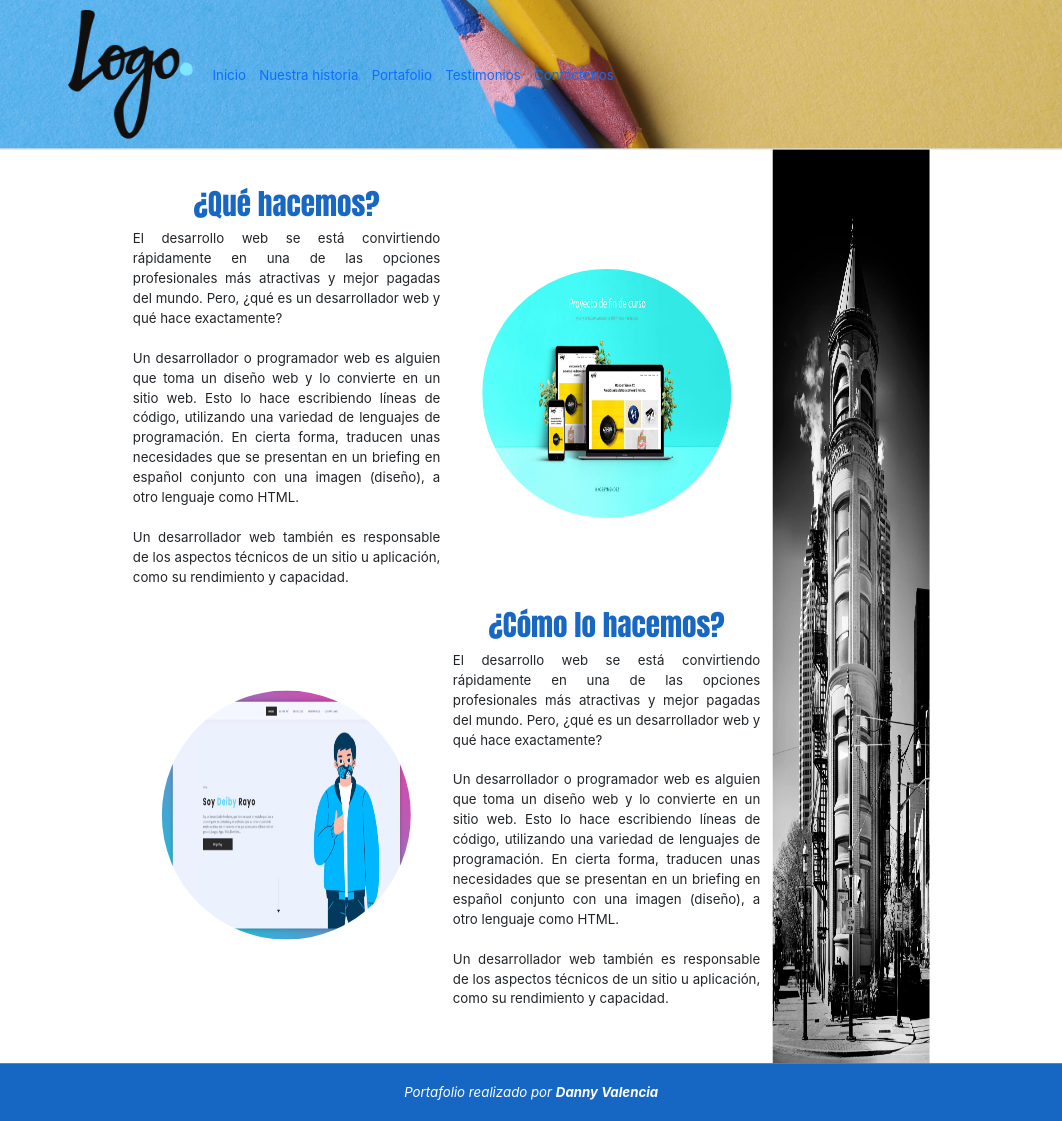
Repository: Dannyval1/Html-portafolio
Page: index.html
The author's editor kept a copy of each file at every save. The page is drawn from the files as they stood at one save, then again after the next save.
The browser window is 1280 px wide. The pictures show the whole page, at 83% of full size.

Above is the page before, as saved 2022-02-13 18:40:57.

### index.html
<!DOCTYPE html>
<html lang="es">
  <head>
    <meta charset="UTF-8" />
    <meta http-equiv="X-UA-Compatible" content="IE=edge" />
    <meta name="viewport" content="width=device-width, initial-scale=1.0" />
    <title>Portafolio Danny Valencia</title>
    <link rel="stylesheet" type="text/css" href="./assets/css/styles.css" />
    <link
      href="https://cdn.jsdelivr.net/npm/bootstrap@5.1.3/dist/css/bootstrap.min.css"
      rel="stylesheet"
      integrity="sha384-1BmE4kWBq78iYhFldvKuhfTAU6auU8tT94WrHftjDbrCEXSU1oBoqyl2QvZ6jIW3"
      crossorigin="anonymous"
    />
    <script
      src="https://cdn.jsdelivr.net/npm/bootstrap@5.1.3/dist/js/bootstrap.bundle.min.js"
      integrity="sha384-ka7Sk0Gln4gmtz2MlQnikT1wXgYsOg+OMhuP+IlRH9sENBO0LRn5q+8nbTov4+1p"
      crossorigin="anonymous"
    ></script>
  </head>
  <body>
    <nav class="navbar navbar-expand-lg" id="header-two">
      <div class="container">
        <a class="navbar-brand" href="#">
          <img
            src="./assets/images/logo-danny.png"
            class="app-logo"
            alt="Logo"
            width="150"
          />
        </a>
        <button class="navbar-toggler" type="button" data-bs-toggle="collapse" data-bs-target="#navbarSupportedContent" aria-controls="navbarSupportedContent" aria-expanded="false" aria-label="Toggle navigation">
          <span class="navbar-toggler-icon"></span>
        </button>
        <div class="collapse navbar-collapse" id="navbarSupportedContent">
          <ul class="navbar-nav mb-2 mb-lg-0 d-flex justify-content-end main-menu">
            <li class="nav-item">
              <a class="nav-link active" aria-current="page" href="index.html">Inicio</a>
            </li>
            <li class="nav-item">
              <a class="nav-link" href="historia.html">Nuestra historia</a>
            </li>
            <li class="nav-item">
              <a class="nav-link" href="portafolio.html">Portafolio</a>
            </li>
            <li class="nav-item">
              <a class="nav-link" href="testimonios.html">Testimonios</a>
            </li>
            <li class="nav-item">
              <a class="nav-link" href="contactenos.html">Contáctenos</a>
            </li>
          </ul>
        </div>
      </div>
    </nav>
    <div class="center full-content">
      <section id="contenido">
        <div class="first-content">
          <h2 class="text-center main-title">¿Qué hacemos?</h2>
          <p class="text-justify">
            El desarrollo web se está convirtiendo rápidamente en una de las
            opciones profesionales más atractivas y mejor pagadas del mundo.
            Pero, ¿qué es un desarrollador web y qué hace exactamente?<br />
            <br />
            Un desarrollador o programador web es alguien que toma un diseño web
            y lo convierte en un sitio web. Esto lo hace escribiendo líneas de
            código, utilizando una variedad de lenguajes de programación. En
            cierta forma, traducen unas necesidades que se presentan en un
            briefing en español conjunto con una imagen (diseño), a otro
            lenguaje como HTML. <br />
            <br />
            Un desarrollador web también es responsable de los aspectos técnicos
            de un sitio u aplicación, como su rendimiento y capacidad.
          </p>
        </div>
        <div class="second-content">
          <img
            src="./assets/images/proyecto1.jpeg"
            class="img-proyects"
            alt="proyectos"
          />
        </div>
        <div class="first-content">
          <img
            src="./assets/images/proyecto2.jpeg"
            class="img-proyects"
            alt="proyectos"
          />
        </div>
        <div class="second-content">
          <h2 class="text-center main-title">¿Cómo lo hacemos?</h2>
          <p class="text-justify">
            El desarrollo web se está convirtiendo rápidamente en una de las
            opciones profesionales más atractivas y mejor pagadas del mundo.
            Pero, ¿qué es un desarrollador web y qué hace exactamente?<br />
            <br />
            Un desarrollador o programador web es alguien que toma un diseño web
            y lo convierte en un sitio web. Esto lo hace escribiendo líneas de
            código, utilizando una variedad de lenguajes de programación. En
            cierta forma, traducen unas necesidades que se presentan en un
            briefing en español conjunto con una imagen (diseño), a otro
            lenguaje como HTML. <br />
            <br />
            Un desarrollador web también es responsable de los aspectos técnicos
            de un sitio u aplicación, como su rendimiento y capacidad.
          </p>
        </div>
      </section>
      <section id="publicidad">
        <img
          src="./assets/images/publicidad.jpeg"
          alt="Publicidad"
          width="100%"
          height="100%"
        />
      </section>
    </div>
    <footer id="footer">
      <div class="center">
        <p class="text-center">
          <i>Portafolio realizado por <strong>Danny Valencia</strong></i>
        </p>
      </div>
    </footer>
  </body>
</html>

### assets/css/styles.css
body {
  display: block;
  margin: 0;
}

#header {
  height: 550px;
  width: 100%;
  background-image: url("./../images/main-background1.jpg");
  background-position: center;
  background-size: cover;
  border-bottom: 1px solid #ccc;
}

#header-two {
  height: 180px;
  width: 100%;
  background-image: url("./../images/main-background1.jpg");
  background-position: center;
  background-size: cover;
  border-bottom: 1px solid #ccc;
}

.nav-link:focus, .nav-link:hover {
  color: #ffffff!important;
}

.nav-link{
  position: relative;
}

a.nav-link:after {
  background: none repeat scroll 0 0 transparent;
  bottom: 0;
  content: "";
  display: block;
  height: 2px;
  left: 50%;
  position: absolute;
  background: #fff;
  transition: width 0.3s ease 0s, left 0.3s ease 0s;
  width: 0;
}
a.nav-link:hover:after {
  width: 100%;
  left: 0;
}

.center {
  width: 75%;
  margin: 0px auto;
}

#menu {
  width: 80%;
  float: right;
}

.main-menu ul{
  font-weight: 600;
  font-size: 20px;
}

.main-menu ul li{
  display: inline-block;
  list-style: none;
  margin-left: 15px;
  margin-right: 15px;
}

.main-menu ul li a{
  color: white;
}

#menu ul {
  line-height: 120px;
  float: right;
  font-weight: 600;
  font-size: 20px;
}

#menu ul li {
  display: inline-block;
  list-style: none;
  margin-left: 15px;
  margin-right: 15px;
}

#menu ul li a {
  color: white;
}

#menu ul li:last-child {
  margin-right: 0;
}

#logo {
  width: 20%;
  font-size: 30px;
  float: left;
  margin-top: 12px;
}

.btn-portfolio {
  text-align: center;
  display: inline-block;
  margin: 0 auto;
  width: 155px;
  border: 1px solid black;
  color: white;
  background-color: black;
  position: absolute;
  font-size: 25px;
  top: 50%;
  left: 45%;
  right: 50%;
  padding: 8px;
  border-radius: 15px;
}

.btn-portfolio:hover {
  color: black;
  background-color: white;
  transition: 0.3s;
}

#contenido {
  width: 100%;
  margin-bottom: 50px;
  grid-area: contenido;
  display: grid;
  align-items: center;
  grid-template-columns: auto auto;
  grid-template-rows: auto auto;
  grid-column-gap: 15px;
  grid-row-gap: 10px;
  margin-top: 45px;
}

#publicidad {
  grid-area: publicidad;
}

.full-content {
  display: grid;
  grid-template-columns: 4fr 1fr;
  grid-template-areas: "contenido publicidad";
  grid-column-gap: 15px;
}

.text-center {
  text-align: center;
}

.text-justify {
  text-align: justify;
}

h1,
h2,
h3,
h4,
h5,
h6 {
  font-family: Impact, Haettenschweiler, "Arial Narrow Bold", sans-serif;
}

p,
a,
ul,
ol,
form {
  font-family: -apple-system, BlinkMacSystemFont, "Segoe UI", Roboto, Oxygen,
    Ubuntu, Cantarell, "Open Sans", "Helvetica Neue", sans-serif;
}

a {
  text-decoration: none;
}

.main-title {
  color: #1767c3;
  font-size: 35px;
}

.mt-3 {
  margin-top: 25px;
}
.mb-3 {
  margin-bottom: 25px;
}
.img-proyects {
  width: 300px;
  height: 300px;
  display: block;
  border-radius: 150px;
  margin: 0px auto;
}

form {
  padding: 25px;
  border: 1px solid #1767c3;
  border-radius: 25px;
  background-color: #1767c3;
  color: white;
}
input {
  width: 100%;
  height: 30px;
  margin-bottom: 15px;
  border-radius: 8px;
}

input.send {
  width: 250px;
  background-color: darkcyan;
  color: white;
  margin: 0 auto;
  display: block;
}

textarea {
  width: 100%;
  border-radius: 8px;
}

#footer {
  background: #1666c3;
  width: 100%;
  height: 70px;
  line-height: 70px;
  display: inline-block;
}
#footer p {
  margin: 0px;
  padding: 0px;
  color: white;
}

.img-general {
  margin: 0 auto;
  display: block;
}

@media screen and (max-width: 768px) {
  .full-content {
    grid-template-columns: auto;
    grid-template-areas:
      "contenido"
      "publicidad";
  }

  #contenido {
    grid-template-columns: auto;
    grid-template-areas:
      "firs-content"
      "second-content";
  }

  .btn-portfolio {
    display: none;
  }

  #menu {
    width: 65%;
  }
  #menu ul {
    line-height: 30px;
    font-size: 27px;
  }
  #menu ul li {
    display: block;
    margin-bottom: 35px;
  }
  #header {
    height: 430px;
  }
  #header-two {
    height: 430px;
  }

  #content{
      margin-bottom: 25px;
  }
}

@media screen and (min-width: 768px) and (max-width: 1200px) {
  .app-logo {
    width: 100px;
  }
  #menu {
    width: 85%;
    float: right;
  }
  .btn-portfolio {
    width: 140px;
    font-size: 20px;
    padding: 3px;
  }
  #header {
    height: 300px;
  }
  #header .center {
    width: 85%;
  }
  #logo {
    width: 15%;
  }
  #menu ul {
    line-height: 70px;
    font-size: 18px;
  }
}

@media screen and (min-width: 768px) and (max-width: 991px) {
  #menu ul {
    line-height: 70px;
    font-size: 15px;
  }
}

After the next save:
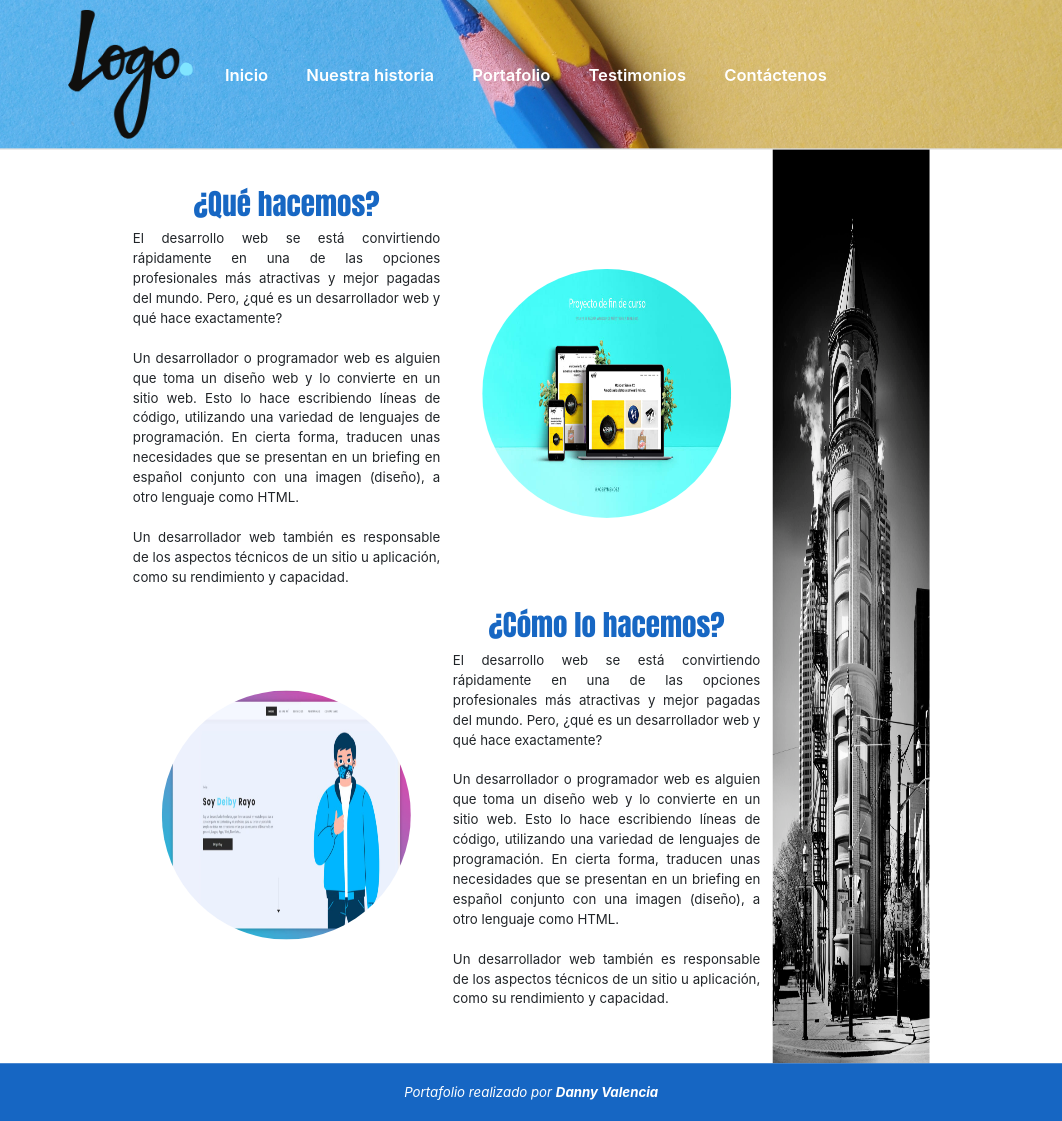
Saved 25 s later.
--- a/assets/css/styles.css
+++ b/assets/css/styles.css
@@ -56,19 +56,19 @@ a.nav-link:hover:after {
   float: right;
 }
 
-.main-menu ul{
+.main-menu{
   font-weight: 600;
   font-size: 20px;
 }
 
-.main-menu ul li{
+.main-menu li{
   display: inline-block;
   list-style: none;
   margin-left: 15px;
   margin-right: 15px;
 }
 
-.main-menu ul li a{
+.main-menu li a{
   color: white;
 }
 
